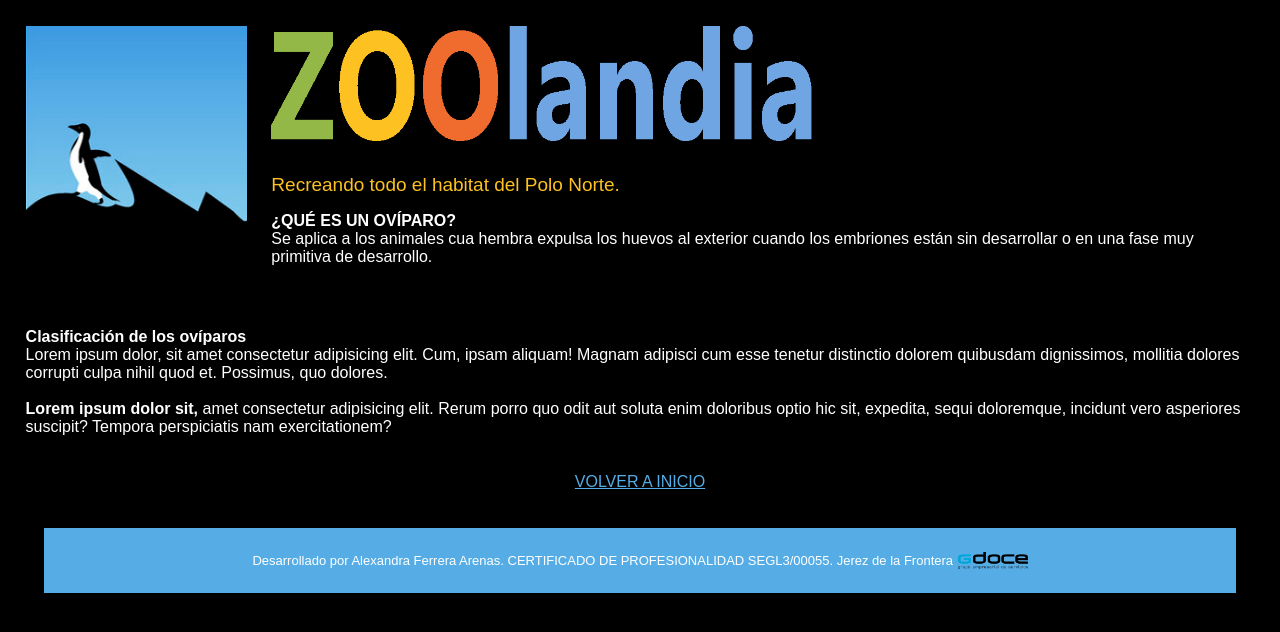
Repository: iSaan86/EV_Pr-ctica_Zoolandia
Page: pinguinario.html
An editor plug-in stored every save of this project. The page is shown before and after the next save, followed by the edit.
The browser window is 1280 px wide. The pictures show the whole page.

Above is the page before, as saved 2023-11-27 19:44:30.

### pinguinario.html
<!DOCTYPE html>
<html lang="es-ES">
	<head>
		<title>
			ZOOlandia Pingüinario
		</title>
		<meta charset="UTF-8">
		<meta name="viewport" content="width=device-width, initial-scale=1.0">
		<meta name="keywords" content="zoo, aventura, naturaleza, aviario, sabana, cumbres, pingüinos">
		<meta name="description" content="Pingüinario ZOOlandia">
		<meta name="author" content="Alexandra Ferrera Arenas">
		<link rel="icon" type="image/x-icon" href="img/favicon.png">

    </head>

    <body style="background-color:black;font-family: Arial, Helvetica, sans-serif; padding: 2%; margin:0">
     <!--Seccion de arriba-->
     <!--Imagen y texto-->
        <section style="display: flex; width: 100%;">
            <article style="width: 20%; justify-content: center;">
                <img src="img/imagen4.jpg" alt="Pingüinario" title="Pingüinario" width="90%">
            </article>
            <article style="width: 80%">
                <section>
                    <img src="img/zoolandia_titulo.gif" alt="Zoolandia Logo" width="55%" style="text-align: left;">
                </section>
                <section style="margin:3% 0%">
                    <h2 style="color:#fdc122; text-align: left; font-weight: normal; font-size: 19px;">
                        Recreando todo el habitat del Polo Norte.
                    </h2>
                    <p style="color: white;font-weight: lighter">
                        <strong> ¿QUÉ ES UN OVÍPARO?</strong>
                        <br>Se aplica a los animales cua hembra expulsa los huevos al exterior cuando los embriones están sin desarrollar o en una fase muy primitiva de desarrollo.
                    </p>
                </section>
            </article>
        </section>
    <!--Texto Clasificación Aves-->

        <section>
            <p  style="color: white; font-weight: lighter;">
                <strong> Clasificación de los ovíparos</strong>
                <br>Lorem ipsum dolor, sit amet consectetur adipisicing elit. Cum, ipsam aliquam! Magnam adipisci cum esse tenetur distinctio dolorem quibusdam dignissimos, mollitia dolores corrupti culpa nihil quod et. Possimus, quo dolores.
                <br><br><strong>Lorem ipsum dolor sit, </strong>amet consectetur adipisicing elit. Rerum porro quo odit aut soluta enim doloribus optio hic sit, expedita, sequi doloremque, incidunt vero asperiores suscipit? Tempora perspiciatis nam exercitationem?
            </p>
        </section>

    <!--Enlace Volver a Inicio-->
       <section style="width: 100%; justify-content: center; align-items:center; text-align: center; margin: 3% 0%">
        <a href="index.html" style="color:#56ade6"> VOLVER A INICIO</a>
       </section>

    <!--Pie de página-->
        <footer style="display: flex; width: 100%; margin:1% 0%; align-items: center; justify-content: center; text-align: center">
            <section style="display: flex; width: 95%; background-color:#56ade6;align-items: center; justify-content: center; text-align: center; padding:1%">
                   <p style="color:white; font-size: 13px">
                        Desarrollado por Alexandra Ferrera Arenas. CERTIFICADO DE PROFESIONALIDAD SEGL3/00055. Jerez de la Frontera
                    </p>
                    &nbsp;
                    <img src="img/logo.png" alt="Logo G-Doce" width="6%">

            </section>
        </footer>

    </body>
</html>

After the next save:
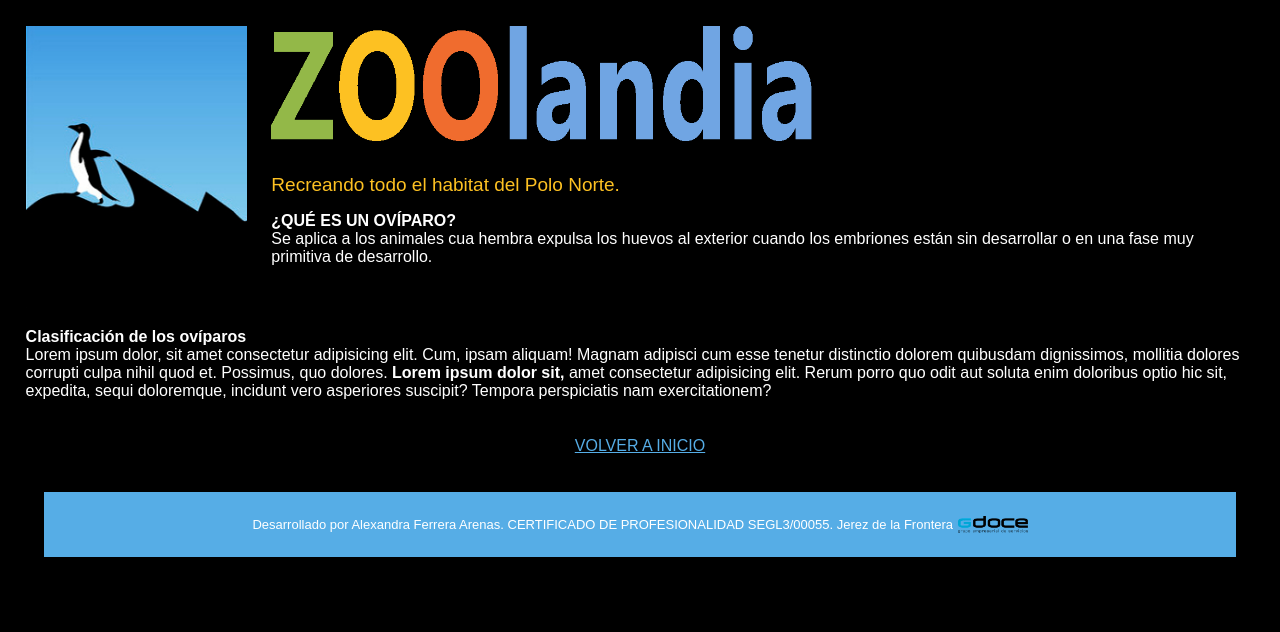
Saved 61 s later.
--- a/pinguinario.html
+++ b/pinguinario.html
@@ -41,7 +41,7 @@
             <p  style="color: white; font-weight: lighter;">
                 <strong> Clasificación de los ovíparos</strong>
                 <br>Lorem ipsum dolor, sit amet consectetur adipisicing elit. Cum, ipsam aliquam! Magnam adipisci cum esse tenetur distinctio dolorem quibusdam dignissimos, mollitia dolores corrupti culpa nihil quod et. Possimus, quo dolores.
-                <br><br><strong>Lorem ipsum dolor sit, </strong>amet consectetur adipisicing elit. Rerum porro quo odit aut soluta enim doloribus optio hic sit, expedita, sequi doloremque, incidunt vero asperiores suscipit? Tempora perspiciatis nam exercitationem?
+                <strong>Lorem ipsum dolor sit, </strong>amet consectetur adipisicing elit. Rerum porro quo odit aut soluta enim doloribus optio hic sit, expedita, sequi doloremque, incidunt vero asperiores suscipit? Tempora perspiciatis nam exercitationem?
             </p>
         </section>
 
